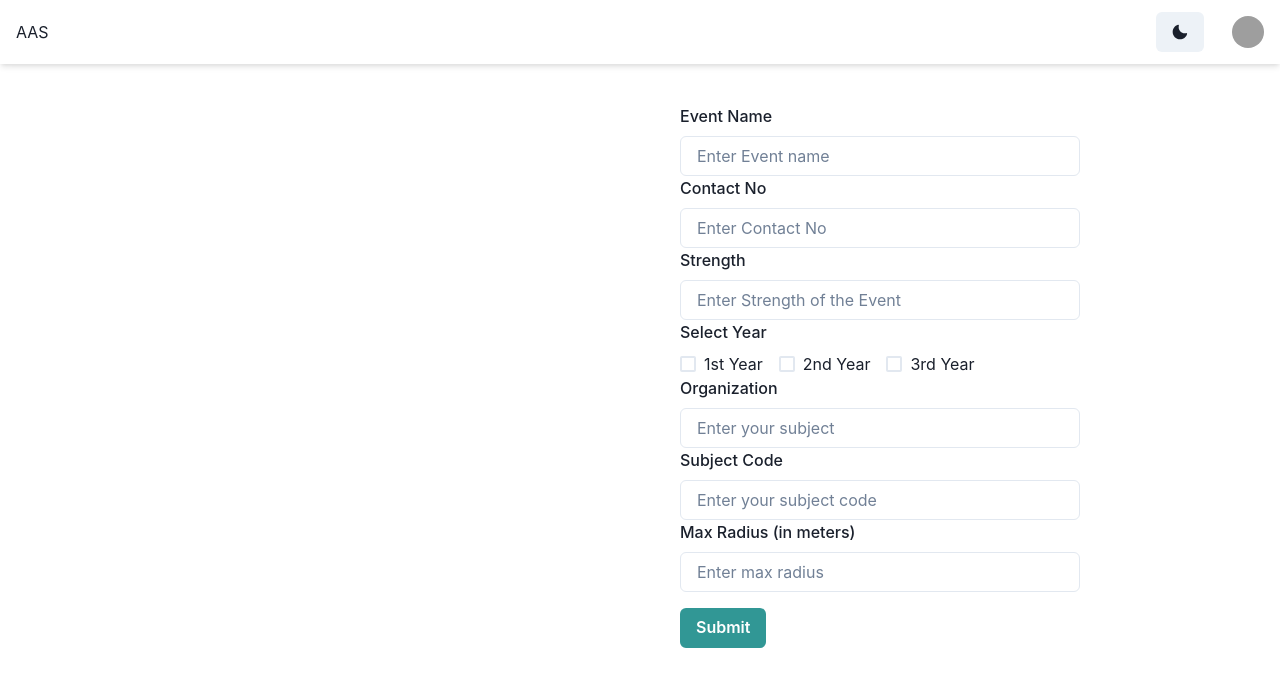
Repository: shash0708/attendence
Page: /form
The author's editor kept a copy of each file at every save. The page is drawn from the files as they stood at one save, then again after a run of saves.
The browser window is 1280 px wide. The pictures show the whole page.
Pictures or frames that could not be fetched are drawn as grey boxes. The project was rebuilt for these pictures with package versions that can differ from the ones it lists, and the page was loaded fresh each time. Also part of the build but not shown: src/App.css, src/components/Button/Button.component.jsx, src/components/Login/Login.component.jsx, src/components/homeProp/HomeProp.styles.scss, src/components/homeProp/HomeProp.component.jsx, src/routes/Home/Home.styles.scss, src/routes/Home/Home.component.jsx, src/components/Signup/Signup.component.jsx and 1 more.

Above is the page before, as saved 2024-04-23 19:12:56.

After the next 2 saves:
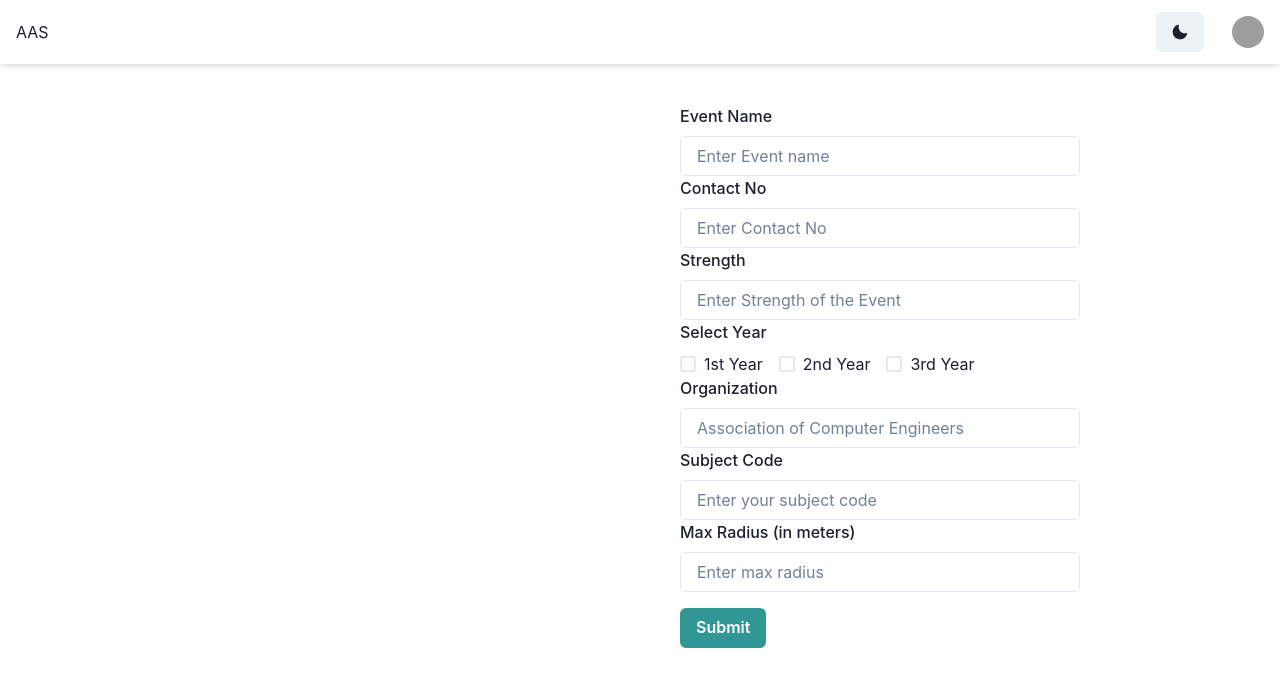
The 2 saves are shown as one change because they came seconds apart.
The last was saved 18 s later.
--- a/src/components/Form/From.component.jsx
+++ b/src/components/Form/From.component.jsx
@@ -102,7 +102,7 @@ export default function Form() {
       <FormLabel htmlFor='subject'>Organization</FormLabel>
       <Input
         id='Organization'
-        placeholder='Enter your subject'
+        placeholder='Association of Computer Engineers'
         {...register('subject', {
           required: 'This field is required',
           minLength: { value: 4, message: 'Minimum length should be 4' },
